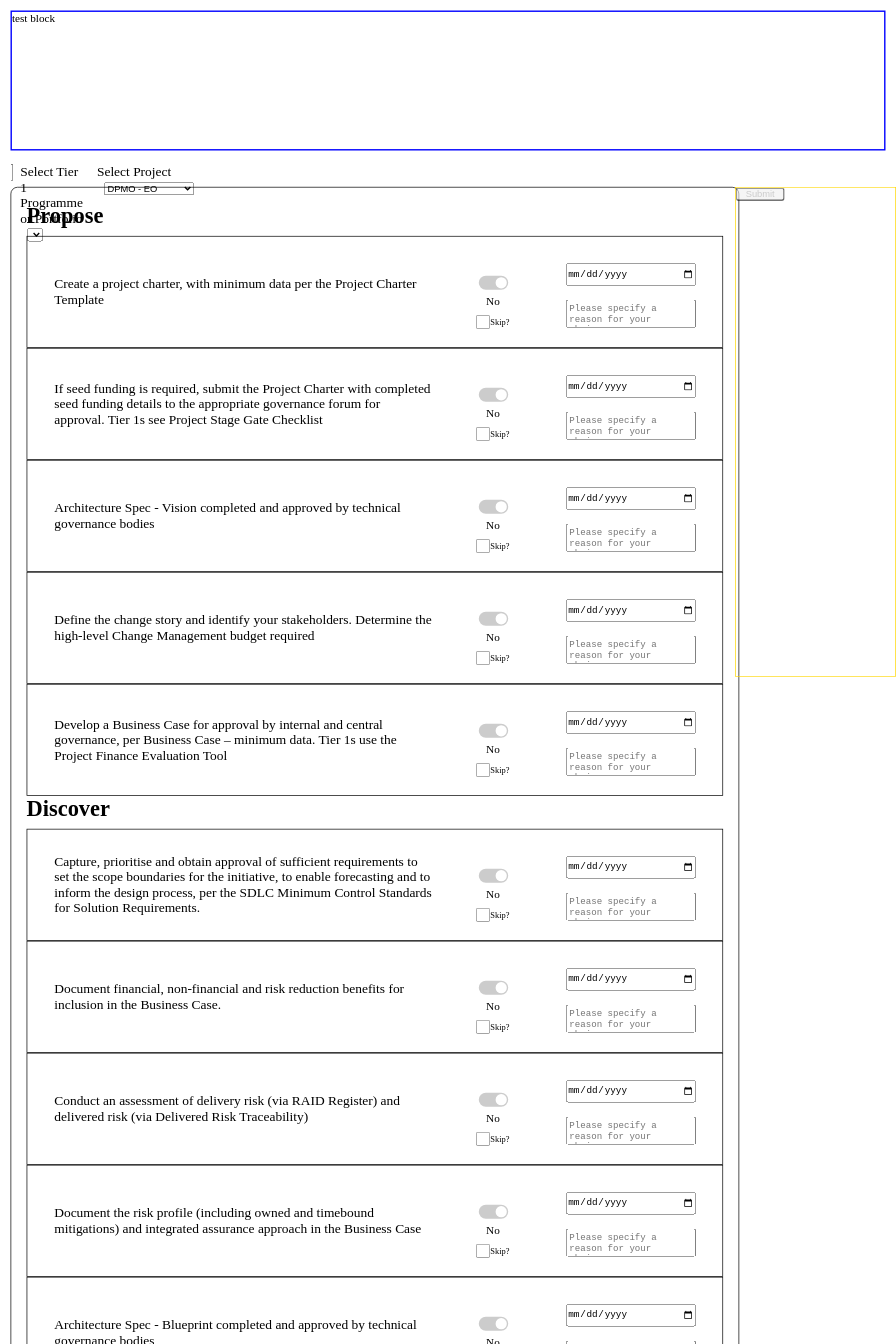
Repository: I-Alpha/JQuery-Html-form
Page: Project-form.html
The author's editor kept a copy of each file at every save. The page is drawn from the files as they stood at one save, then again after the next save.
The browser window is 1280 px wide. The pictures show the part of the page from y = 0 to 1920 px (the page is 8699 px tall), at 70% of full size.

Above is the page before, as saved 2020-10-27 00:56:04.

### Project-form.html
<!DOCTYPE html>
<html lang="en">

<head>
    <meta charset="UTF-8">
    <meta name="viewport" content="width=device-width, initial-scale=1.0">
    <link rel="preload" type="fetch" id="Excelfile" name="Excelfile" value="QuestionData.xlsx" />
    <script src="https://ajax.googleapis.com/ajax/libs/jquery/3.5.1/jquery.min.js"></script>
    <script src="https://cdnjs.cloudflare.com/ajax/libs/xlsx/0.14.5/xlsx.full.min.js"></script>
    <script src="https://cdnjs.cloudflare.com/ajax/libs/babel-polyfill/6.26.0/polyfill.js"></script>
    <script src="https://cdnjs.cloudflare.com/ajax/libs/xlsx/0.8.0/jszip.js"></script>
    <script src="https://cdnjs.cloudflare.com/ajax/libs/xlsx/0.8.0/xlsx.js"></script>
    <script src="main.js"></script>
    <link rel="stylesheet" href="main.css" />
    </style>
    <title>Document</title>
</head>

<body style=" display:flex; flex-direction: column; padding: 15px">
    <div id="testblock" name="testblock" style="border:2px solid blue; width: 100%; min-height:200px">test block</div>


    <div id="mainwrapper" style="justify-content: center;">
        <div id="preBar" class="container">
            <div id="formControl" class="container">    <input type= "text" id= "fullname" class= "required" placeholder="Please type your full name"></input>
                <label for="selectPorfolio">Select Tier 1 Programme or Portfolio
                    <select name="selectPorfolio" id="selectPorfolio" style=" margin :0 0 0 10px; max-width:8rem;"
                        placeholder="Select Portfolio"></select></label>
                <label for="selectProject">Select Project
                    <select name="selectProject" id="selectProject" style=" margin :0 0 0 10px; max-width:8rem; "
                        placeholder="Select Portfolio"></select></label>
            </div>

        </div>
        <div id="formContainer" class="container">
            <div id="wrapper">
                <form id="form1">

                    <table class="hidden">
                        <tr>
                            <td colspan=4 class="questCol">
                                <label class="questionLabel" for="mainCheck"></label>
                            </td>
                            <td colspan=1 class="inputCol">
                                <span class="inputContainer">
                                    <span class="mainCheckContainer" style=" display:flex; flex-direction: column;">
                                        <label class="switch">
                                            <input class="mainCheck" type="checkbox" checked>
                                            <span class="slider  round"></span>
                                        </label>
                                        <p for="mainCheck" class="mainChoice" data-val="Yes">No</p>
                                    </span>
                                    <span class="skipContainer" style="left : 6px; display:flex; ">
                                        <input class="skipCheck" type="checkbox">
                                        <p class="skipChoice">Skip?</p>
                                    </span>

                                </span>
                            </td>
                            <td colspan=2 class="altCol">
                                <input type="date" min="getDate()">
                                <textarea type="text"
                                    placeholder="Please specify a reason for your choice...."></textarea>
                            </td>
                        </tr>
                    </table>

                </form>
            </div><div></div>
            <div id= "progressBar"  style ="border : 1px solid gold ; width :230px; right: 0;  position: fixed; height: 700px">
            <button style="order:1; margin:0;" class = "disabled"id="submitbtn" type="submit" form="form1" value="Submit">Submit</button>
        </div>
        </div>

    </div>

</body>

</html>

### main.css

    * {
        box-sizing: border-box;
        margin: 0;
        padding: 0;
        color: black;

    }

    html {
        width: 100%;
        height: 100%;

    }


    label{
        font-size:.9rem;
       }

    body {
        width: 100%;
        height: 100%;
        display: flex;
        position: relative;
        flex-direction: column;
    }

    .hidden{
    display:none;
    visibility: none;
    opacity: 0;
   position:absolute;
    }
    .center {

        text-align: center;
    }

    .container {
        display: flex;
        position: relative;
    }


    h1 {
        margin-bottom: 10px;
    }

    #wrapper {
        border: solid 1px black;
        border-radius: 10px;
        padding: 20px;
        margin-bottom: 10px;

    }

    #mainwrapper{
        max-width: 98%;
    }
    p {
        color: black;
        font-size: 1rem;
        height: auto;
        width: auto;
    }

 .disabled{
     opacity: 60%;
     color:darkgray;
     pointer-events: none;
 }
  form{
      width:100%;
      height : auto;
  }

    .skipContainer {
        position: relative;
        align-items: center;
        left: 0;
        display: flex;
        margin-top: 10px;
    }

    .skipCheck {
        width: 20px;
        height: 20px;

    }

    .skipChoice {font-size: 12px;}


    .skipChoice,
    .skipCheck {
        position: relative;
        left: -10px;
    }

    /* slider */
    .switch {
        position: relative;
        display: inline-block;
        width: 42px;
        height: 20px;
    }

    .switch input {
        opacity: 0;
        width: 0;
        height: 0;
    }

    .slider {
        position: absolute;
        cursor: pointer;
        top: 0;
        left: 0;
        right: 0;
        bottom: 0;
        background-color: #ccc;
        -webkit-transition: .4s;
        transition: .4s;
    }

    .slider:before {
        position: absolute;
        content: "";
        height: 16px;
        width: 16px;
        right:2px;
        bottom: 2px;
        background-color: white;
        -webkit-transition: .4s;
        transition: .4s;
    }

    .mainCheck:checked+.slider {
        background-color: #2196F3;
    }

    .mainCheck:focus+.slider {
        box-shadow: 0 0 1px #2196F3;
    }

    .mainCheck:checked+.slider:before {
        -webkit-transform: translateX(-23px);
        -ms-transform: translateX(-23px);
        transform: translateX(-23px);
    }

    /* Rounded sliders */
    .slider.round {
        border-radius: 34px;
    }

    .slider.round:before {
        border-radius: 50%;
    }

    /*end of slider section*/

    button {
        margin: 10px;
        width: 70px;
        border-radius: 4px;
    }

    td {
         display: flex;
         flex-direction: column;
    }
    td > *{
         padding : 5px 0;
    }


    tr{
        height:10rem;   border: 1px solid black;
        border-collapse: collapse;
}

tr::after{
    border: 1px solid green;
    height:1px;
    content: :" ";
    width: 100%;
    position: relative;
    display: block;
}

td.inputContainer {
    display: inline-block;
    height:100%;
}

td.inputCol{
    display:flex;
    position: relative;
    text-align: center;
    align-items:center;
    min-height:100%;

}

  .questCol textarea{

   padding:  2px  3px;
   display: block;
   position: relative;
   min-width: 95%;
}



/* iPads (portrait and landscape) ----------- */
@media only screen
and (min-device-width : 768px)
and (max-device-width : 1024px) {
/* Styles */
}

/* iPads (landscape) ----------- */
@media only screen
and (min-device-width : 768px)
and (max-device-width : 1024px)
and (orientation : landscape) {
/* Styles */
}

/* iPads (portrait) ----------- */
@media only screen
and (min-device-width : 768px)
and (max-device-width : 1024px)
and (orientation : portrait) {
/* Styles */
}

/* Desktops and laptops ----------- */
@media only screen
and (min-width : 1224px) {
/* Styles */

 label {
     font-size: 1.2rem;
 }

#wrapper{
     min-width: 85%;
     height:auto;
    }

    .inputContainer{

        position: relative;
        top:15px;
     }

    td.inputCol{
        position: absolute;
        vertical-align: middle;


    }

    td {
        position: relative;
        justify-content: center;
        padding:10px 15px;}

    .questCol{
        position: relative;
        padding-right: 5px;
        max-width:35rem;
    }

    td.altCol{
        position: relative;
        height: 100%;
    }
     textarea{
        resize: none;
        display: block;
        font-size: 13px;
        text-align: start;
        align-content: flex-start;
         width:100%;
         top:10px;
         position: relative;
         margin-top:10px;
         padding: 4px 4px;
         align-items: flex-start;
    }

     td.altCol input {
         width:100%;
     }

    tr{
        display: flex;
        flex-direction: row;
        border: 1px solid black;
        border-collapse: collapse;
        justify-content: space-around;

    }


  #preBar{
   display: grid;
    flex-direction: row;
   grid-template-columns: 100px 1fr 1fr;

   margin : 10px 0;
  }


  #preBar div{
 display: flex;
 height:2rem;

  }

  #radioBtnBox label{
    margin: 0 20px;
  }

  #radioBtnBox label input{
    margin: 0 10px;
  }
  #radioBtnBox{
    margin-left:90px;
    border:1px solid black;
    padding: 10px 0;
}

#formControl select{

    margin: 0px 10px 0  0;
}
#formControl label{
   margin:10px;
    align-items:center;

}

 #fullname{
     position: relative;
     max-height:1.5rem;
     bottom:-9.2px;
     width: 100%;

    }

#form1 {


    position: relative;
display: flex;
flex-direction: column;
}

table{
    width:100%;
}


.mainChoice {
    display: flex;
    margin-top: 8px;
    left:10px;
    position: relative;
}

#formContainer{


}

td.inputContainer {
    display: inline-block;
    height:100%;
}

td.inputCol{
    display:flex;
    position: relative;
    vertical-align: middle;
    text-align: center;
    align-items:center;
    min-height:100%;

}
}

/* Large screens ----------- */
@media only screen
and (min-width : 1824px) {
/* Styles */
}

/* iPhone 4 ----------- */
@media
only screen and (-webkit-min-device-pixel-ratio : 1.5),
only screen and (min-device-pixel-ratio : 1.5) {
/* Styles */
}

Loaded but not shown: main.js (514 lines, source omitted)

After the next save:
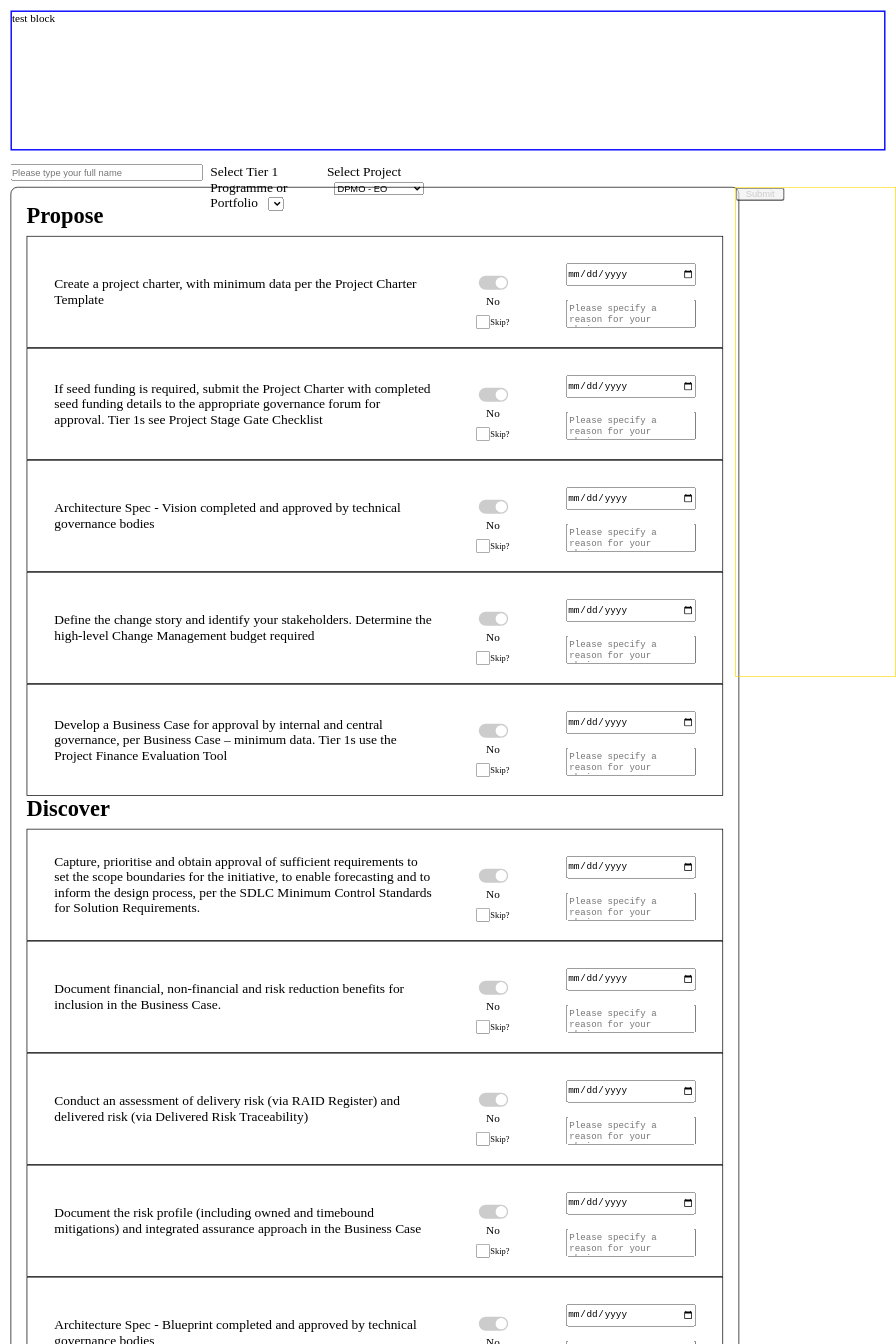
Saved 4 s later.
--- a/main.css
+++ b/main.css
@@ -310,7 +310,7 @@ and (min-width : 1224px) {
   #preBar{
    display: grid;
     flex-direction: row;
-   grid-template-columns: 100px 1fr 1fr;
+   grid-template-columns: 600px 1fr 1fr;
 
    margin : 10px 0;
   }
